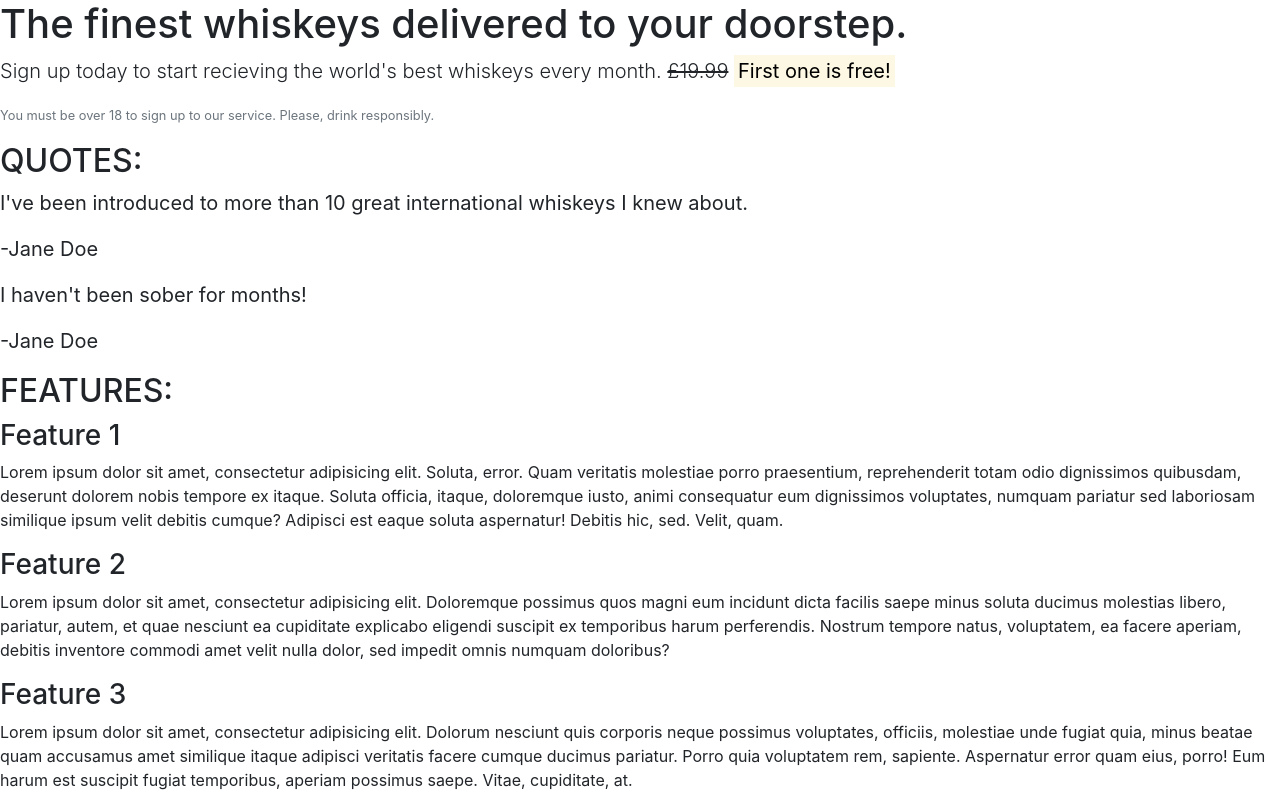
Repository: Leannald13/whiskey-project
Page: index.html
The author's editor kept a record of every edit. The page is drawn from the files as they stood at one moment, then again after the next edit.
The browser window is 1280 px wide. The pictures show the whole page.

Above is the page before.
Console error: TypeError: Cannot read properties of undefined (reading 'fn')

After the next edit:
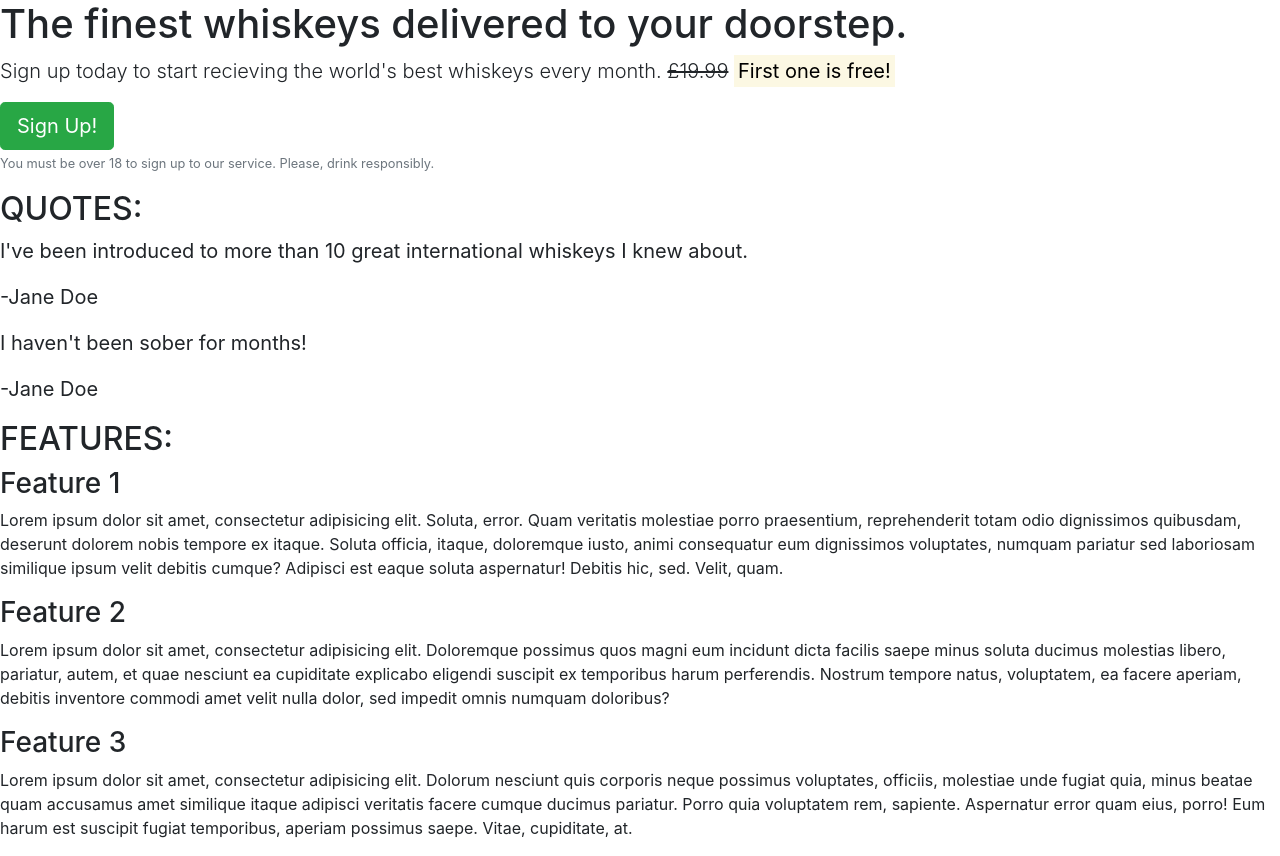
The edit:
--- a/index.html
+++ b/index.html
@@ -14,6 +14,7 @@
         <h1>The finest whiskeys delivered to your doorstep.</h1>
         <p class="lead">Sign up today to start recieving the world's best whiskeys every month.
         <s>£19.99</s> <strong><mark>First one is free!</mark></strong></p>
+        <button class="btn btn-success btn-lg">Sign Up!</button>
         <p class="text-muted"><small>You must be over 18 to sign up to our service. Please, drink responsibly.</small></p>
          </section>
     <section class="quotes">
